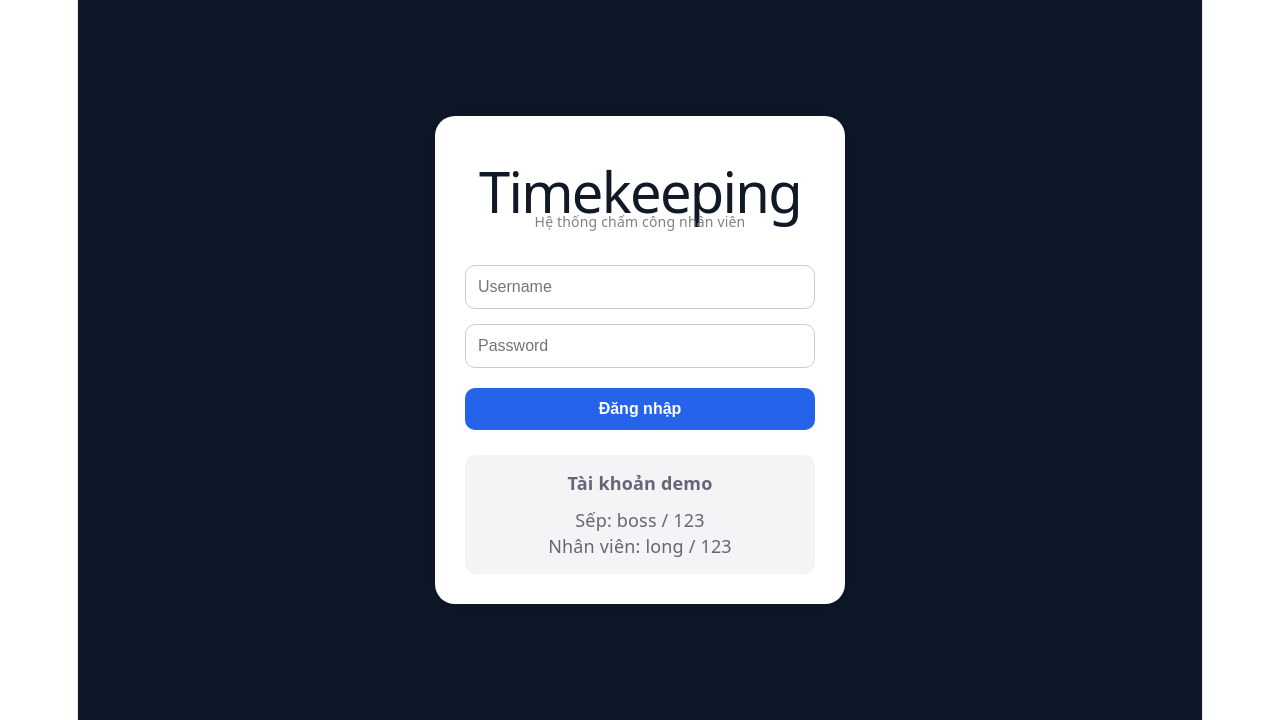
Repository: lgitacc01/timekeeping
Page: / (app in frontend/)
These files come from the project's save history. The page is drawn as it stood at one moment and after the next save; the edit follows.
The browser window is 1280 px wide. The pictures show the whole page.
The project was rebuilt for these pictures with package versions that can differ from the ones it lists, and the page was loaded fresh each time. Also part of the build but not shown: frontend/vite.config.js, frontend/src/pages/EmployeeDashboard.jsx, frontend/src/pages/ManagerDashboard.jsx.

Above is the page before, as saved 2026-05-25 22:30:42.

After the next save:
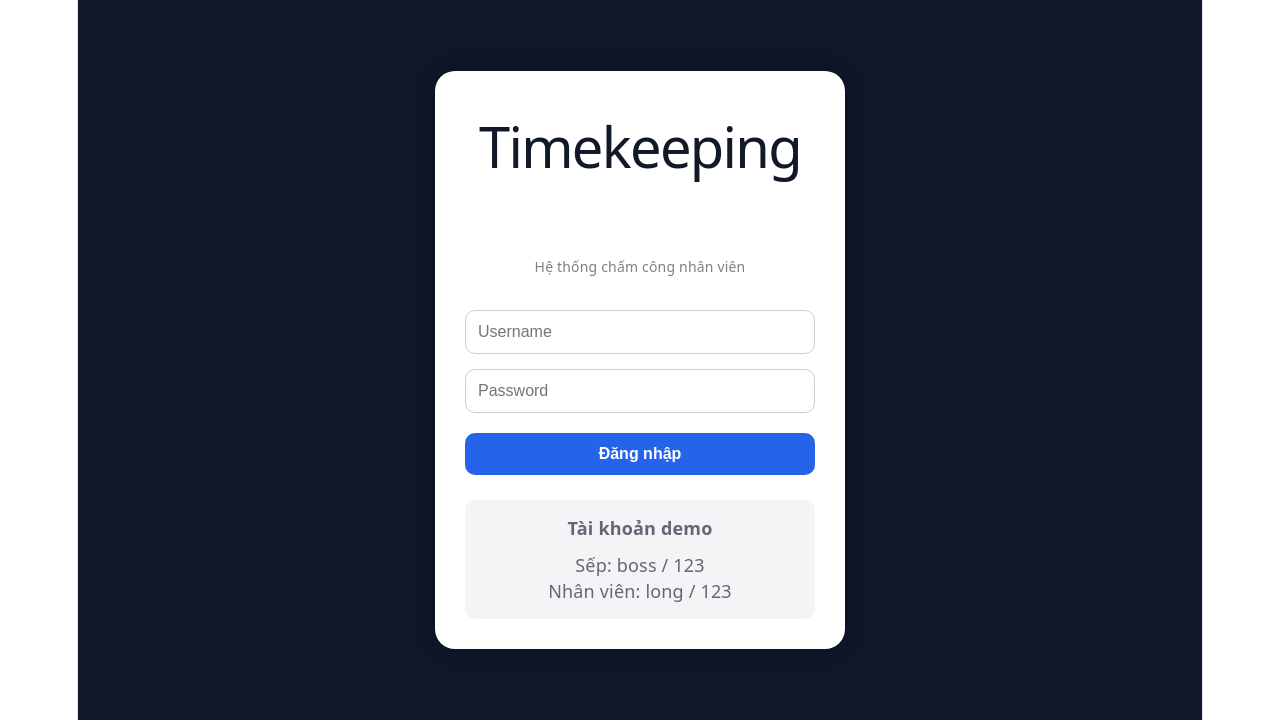
Saved 4 s later.
--- a/frontend/src/pages/Login.jsx
+++ b/frontend/src/pages/Login.jsx
@@ -66,7 +66,7 @@ function Login() {
                 <h1
                     style={{
                         textAlign: "center",
-                        marginBottom: 10,
+                        marginBottom: 100,
                         color: "#111827"
                     }}
                 >
